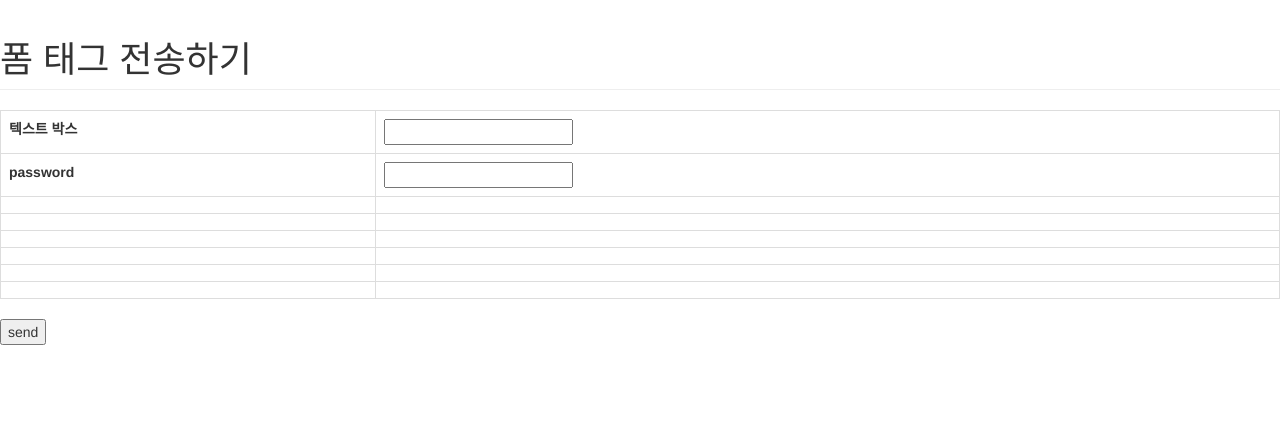
Repository: Hwang-97/HhwDesktop
Page: http://localhost/jspTest/ex04.jsp
The author's editor kept a copy of each file at every save. The page is drawn from the files as they stood at one save, then again after the next save.
The browser window is 1280 px wide. The pictures show the whole page.
The page is served by Tomcat 9.

Above is the page before, as saved 2022-01-06 05:09:31.

### server/jspTest/src/main/webapp/ex04.jsp
<%@ page language="java" contentType="text/html; charset=UTF-8"
    pageEncoding="UTF-8"%>

<!DOCTYPE html>
<html>
<head>
<meta charset="UTF-8">
<title>Insert title here</title>
</head>
<%@include file="/inc/asset.jsp" %>
<style>
</style>
<body>
	<div>

		<h1 class =  "page-header" >폼 태그 전송하기</h1>
		<form action="/jsp/ex04ok.jsp" method="post">
			<table class="table table-bordered">
				<tr>
					<th>텍스트 박스</th>
					<td><input type="text" name="txt1"></td>
				</tr>
				<tr>
					<th>password</th>
					<td><input type="password" name = "pass"></td>
				</tr>
				<tr>
					<th></th>
					<td></td>
				</tr>
				<tr>
					<th></th>
					<td></td>
				</tr>
				<tr>
					<th></th>
					<td></td>
				</tr>
				<tr>
					<th></th>
					<td></td>
				</tr>
				<tr>
					<th></th>
					<td></td>
				</tr>
				<tr>
					<th></th>
					<td></td>
				</tr>
			</table>
			<input type="submit" value="send">
		</form>
	</div>
</body>
</html>

### server/jspTest/src/main/webapp/inc/asset.jsp
<%@ page language="java" contentType="text/html; charset=UTF-8"
    pageEncoding="UTF-8"%>

<link rel="stylesheet" href="/jsp/asset/css/bootstrap.css">

<script src="/jsp/asset/js/jquery-1.12.4.js"></script>
<script src="/jsp/asset/js/bootstrap.js"></script>

Loaded but not shown: server/jspTest/src/main/webapp/asset/css/bootstrap.css (library); server/jspTest/src/main/webapp/asset/js/jquery-1.12.4.js (library); server/jspTest/src/main/webapp/asset/js/bootstrap.js (library)

After the next save:
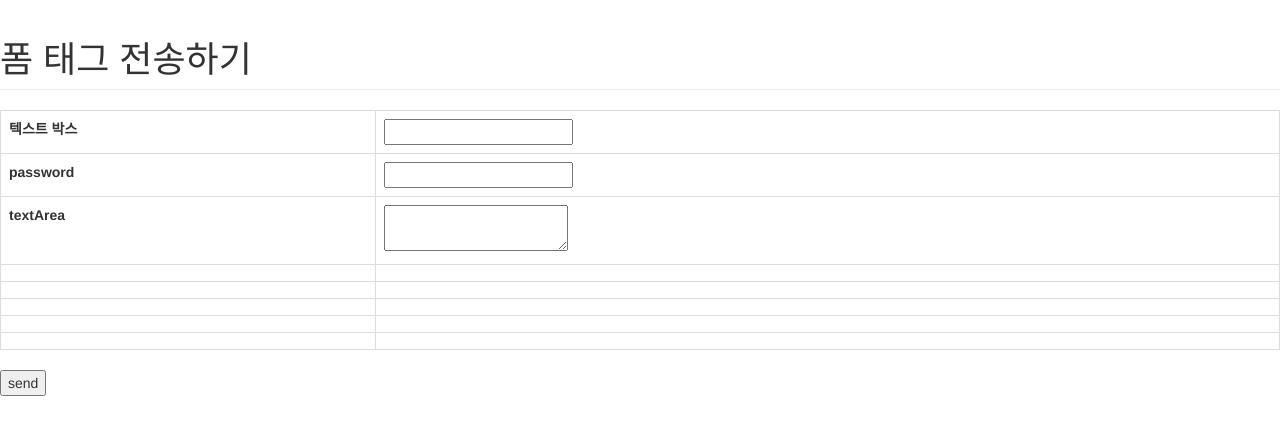
Saved 6 s later.
--- a/server/jspTest/src/main/webapp/ex04.jsp
+++ b/server/jspTest/src/main/webapp/ex04.jsp
@@ -25,8 +25,8 @@
 					<td><input type="password" name = "pass"></td>
 				</tr>
 				<tr>
-					<th></th>
-					<td></td>
+					<th>textArea</th>
+					<td><textarea rows="" cols="" name="txtArea"></textarea></td>
 				</tr>
 				<tr>
 					<th></th>
